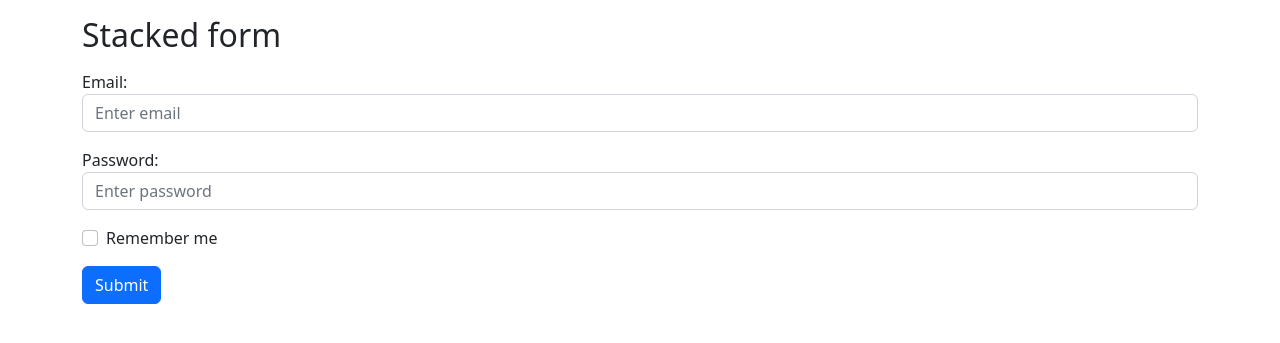
Repository: letantai3001180588/shoppingBE
Page: index.html
An editor plug-in stored every save of this project. The page is shown before and after the next save, followed by the edit.
The browser window is 1280 px wide. The pictures show the whole page.

Above is the page before, as saved 2023-02-26 20:57:36.

### index.html
<!DOCTYPE html>
<html lang="en">
<head>
  <title>Bootstrap Example</title>
  <meta charset="utf-8">
  <meta name="viewport" content="width=device-width, initial-scale=1">
  <link href="https://cdn.jsdelivr.net/npm/bootstrap@5.2.3/dist/css/bootstrap.min.css" rel="stylesheet">
  <script src="https://cdn.jsdelivr.net/npm/bootstrap@5.2.3/dist/js/bootstrap.bundle.min.js"></script>
</head>
<body>

<div class="container mt-3">
  <h2>Stacked form</h2>
  <form action="">
    <div class="mb-3 mt-3">
      <label for="email">Email:</label>
      <input type="email" class="form-control" id="email" placeholder="Enter email" name="email">
    </div>
    <div class="mb-3">
      <label for="pwd">Password:</label>
      <input type="password" class="form-control" id="pwd" placeholder="Enter password" name="pswd">
    </div>
    <div class="form-check mb-3">
      <label class="form-check-label">
        <input class="form-check-input" type="checkbox" name="remember"> Remember me
      </label>
    </div>
    <button type="submit" class="btn btn-primary">Submit</button>
  </form>
</div>

</body>
</html>

After the next save:
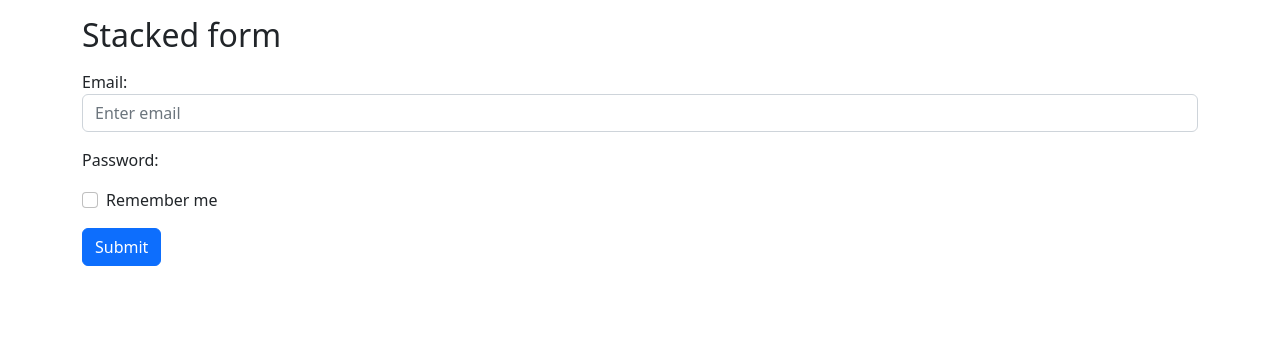
Saved 21 s later.
--- a/index.html
+++ b/index.html
@@ -18,7 +18,7 @@
     </div>
     <div class="mb-3">
       <label for="pwd">Password:</label>
-      <input type="password" class="form-control" id="pwd" placeholder="Enter password" name="pswd">
+      <!-- <input type="password" class="form-control" id="pwd" placeholder="Enter password" name="pswd"> -->
     </div>
     <div class="form-check mb-3">
       <label class="form-check-label">
